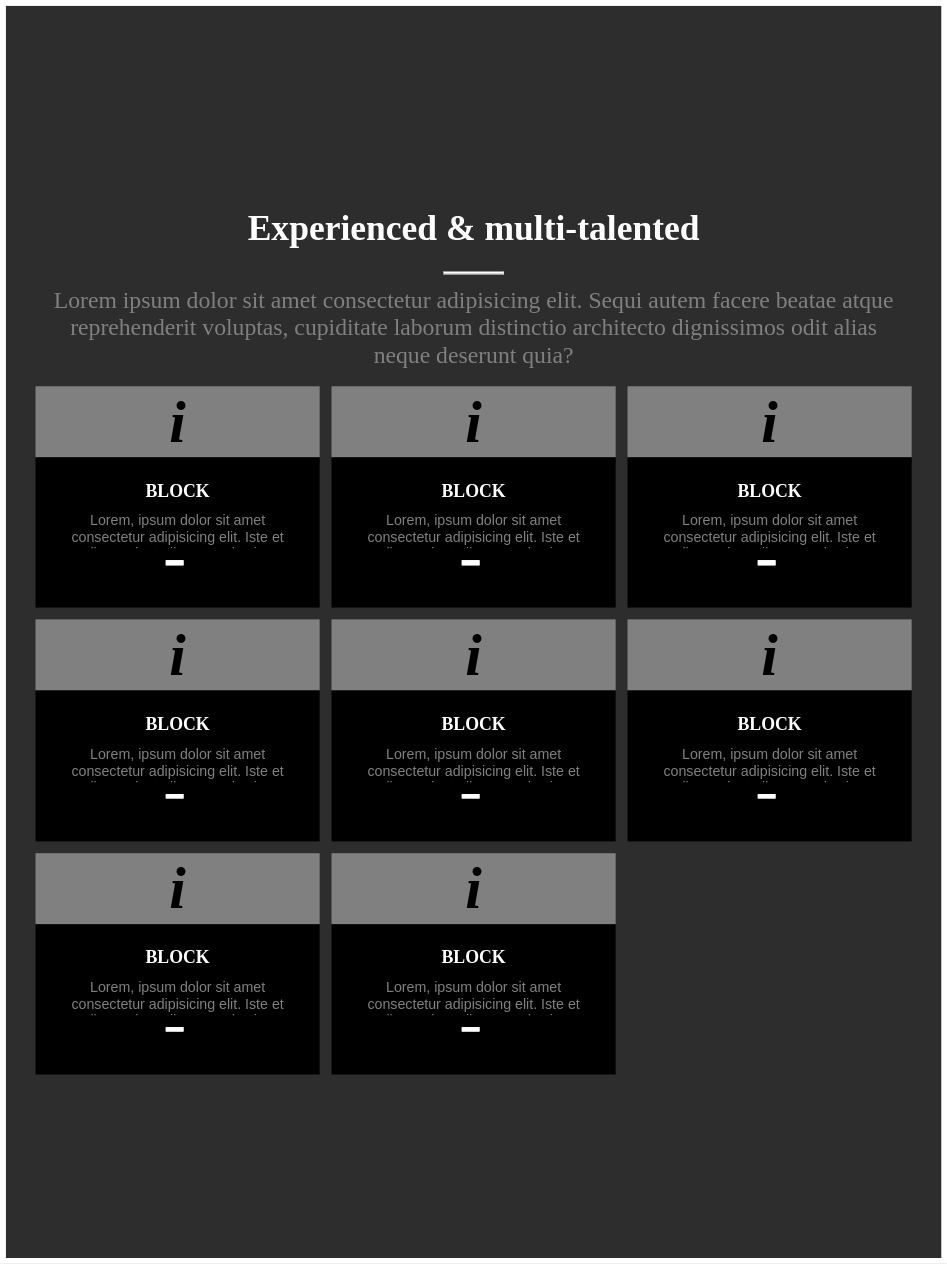
Repository: MohmdMHR/limesharp-test
Page: /
The author's editor kept a copy of each file at every save. The page is drawn from the files as they stood at one save, then again after the next save.
The browser window is 1280 px wide. The pictures show the whole page, at 74% of full size.
The project was rebuilt for these pictures with package versions that can differ from the ones it lists, and the page was loaded fresh each time. Also part of the build but not shown: vue.config.js.

Above is the page before, as saved 2022-07-20 18:10:49.

After the next save:
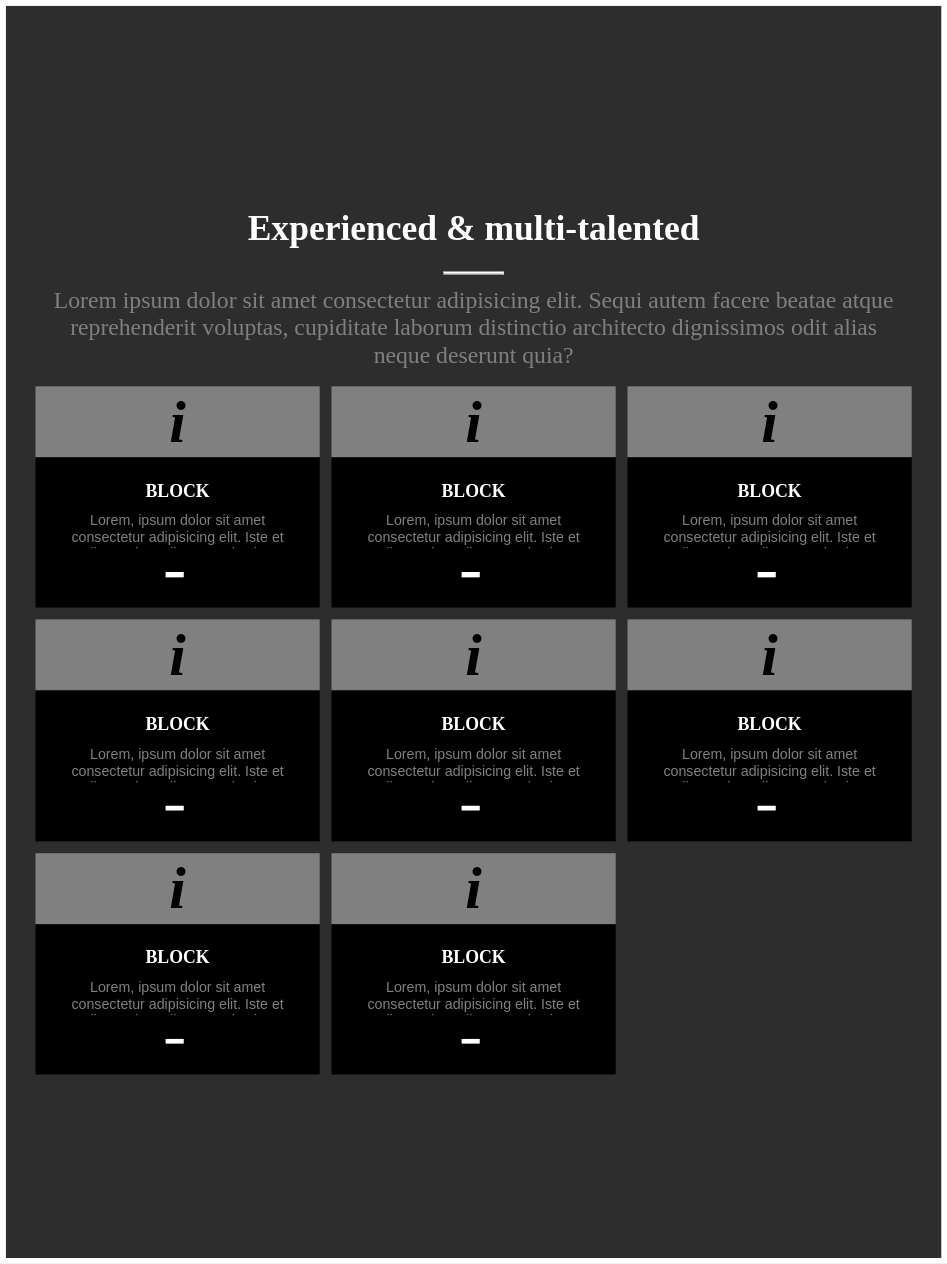
Saved 3 min 13 s later.
--- a/src/components/card.vue
+++ b/src/components/card.vue
@@ -80,7 +80,7 @@ export default {
   }
 }
 .card-btn {
-  margin: 1rem auto;
+  margin: 2rem auto 0;
   cursor: pointer;
   height: 2rem;
   position: relative;
